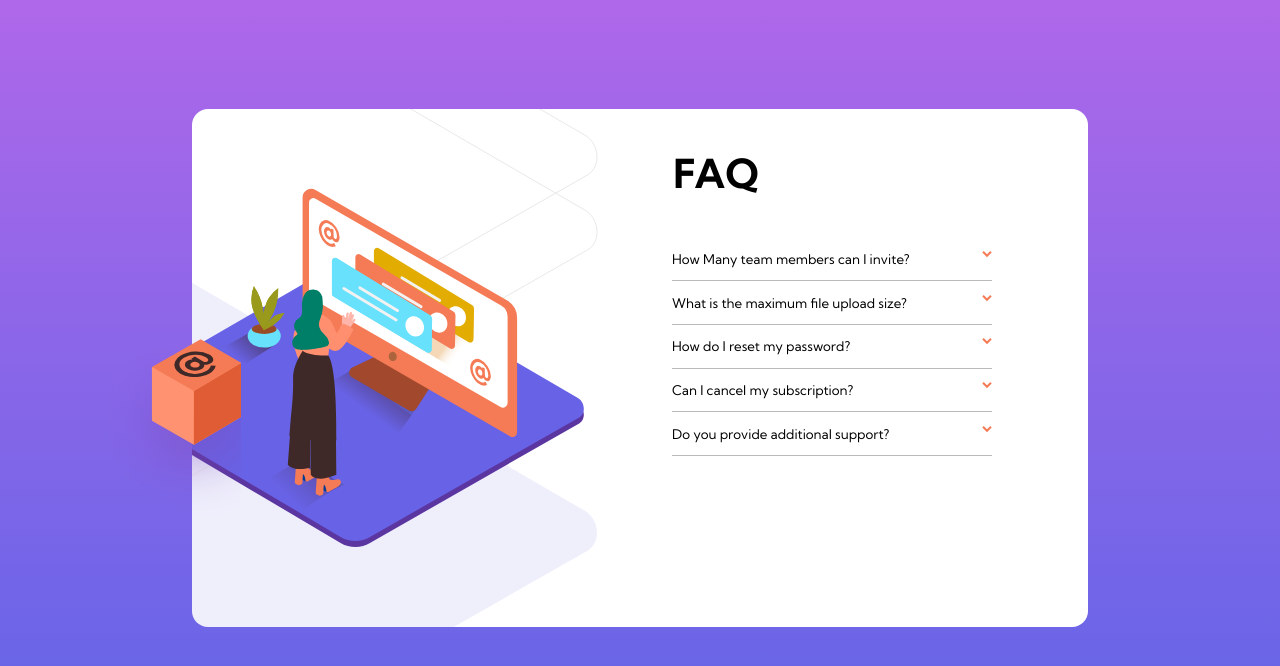
Repository: ryanwilll/ProjetoFAQ
Page: index.html
An editor plug-in stored every save of this project. The page is shown before and after the next save, followed by the edit.
The browser window is 1280 px wide. The pictures show the whole page.

Above is the page before, as saved 2022-10-28 12:29:40.

After the next save:
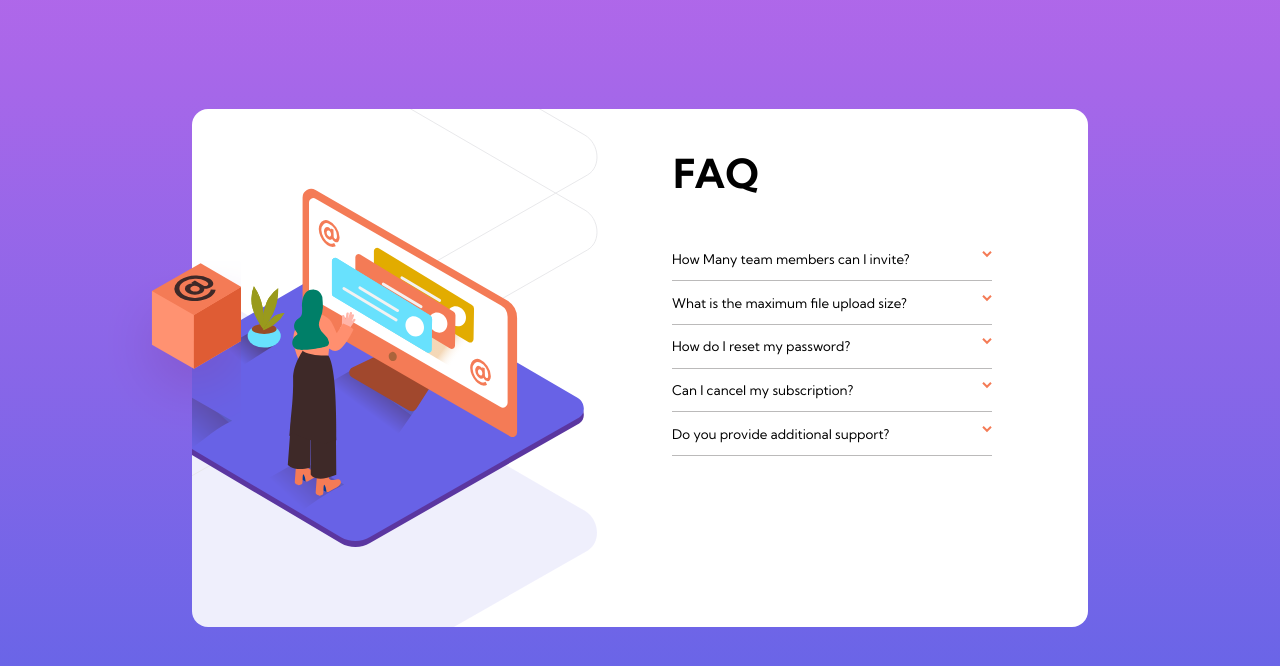
Saved 41 s later.
--- a/css/allmedia.css
+++ b/css/allmedia.css
@@ -153,7 +153,7 @@
     position: absolute;
     top: 66%;
     left: -1.6%;
-    transform: translate(-55%, -60%);
+    transform: translate(-55%, -100%);
     animation: boxHop 2s ease-in-out;
     animation-iteration-count: infinite;
   }

After the save that followed:
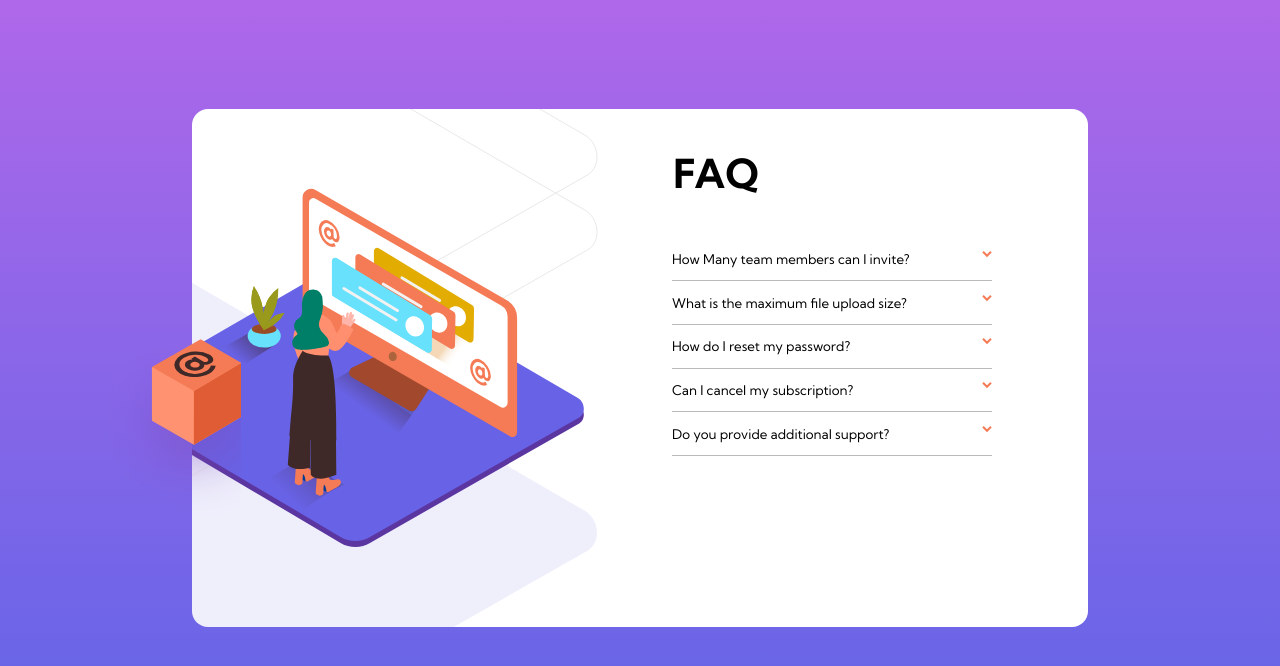
Saved 4 s later.
--- a/css/allmedia.css
+++ b/css/allmedia.css
@@ -153,7 +153,7 @@
     position: absolute;
     top: 66%;
     left: -1.6%;
-    transform: translate(-55%, -100%);
+    transform: translate(-55%, -60%);
     animation: boxHop 2s ease-in-out;
     animation-iteration-count: infinite;
   }
